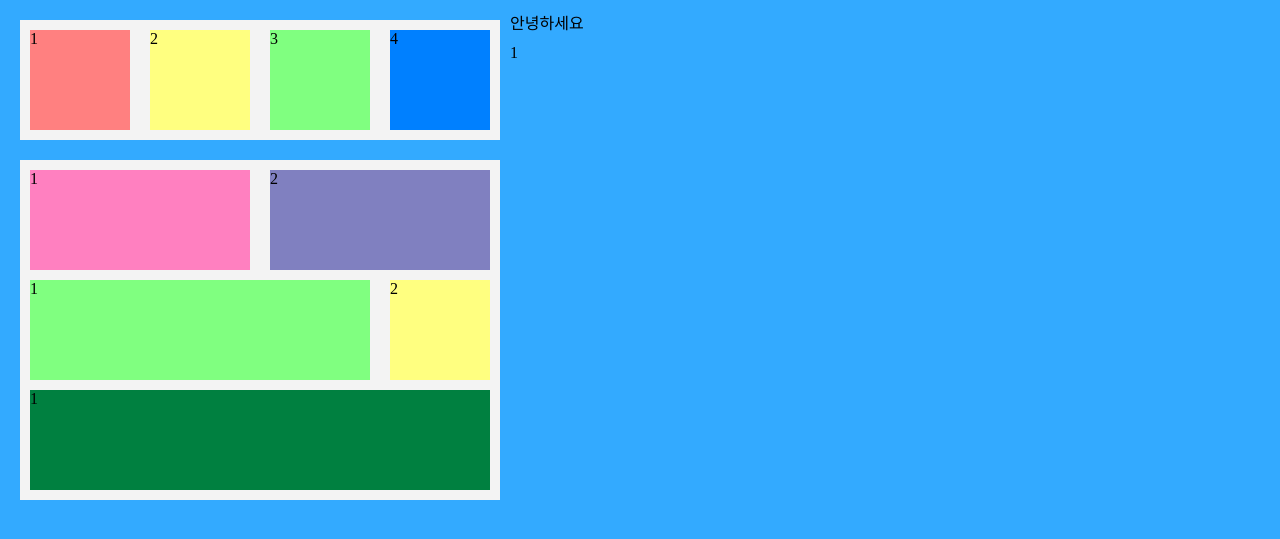
Repository: BaekJiGyeong/JSP_web
Page: http://localhost/Article/
These files come from the project's save history. The page is drawn as it stood at one moment and after the next save; the edit follows.
The browser window is 1280 px wide. The pictures show the whole page.
The page is served by Tomcat 9. Other server files are loaded and not shown.

Above is the page before, as saved 2016-03-03 08:57:40.

### Article/WebContent/index.jsp
<%@ page language="java" contentType="text/html; charset=UTF-8"
    pageEncoding="UTF-8"%>

<jsp:include page="./WEB-INF/view/common/project1.jsp"></jsp:include>

### Article/WebContent/WEB-INF/view/common/project1.jsp
<%@ page language="java" contentType="text/html; charset=UTF-8"
    pageEncoding="UTF-8"%>
<!DOCTYPE html>
<html>
<head>
<meta http-equiv="Content-Type" content="text/html; charset=UTF-8">
<link rel="stylesheet" type="text/css" href="/resource/css/project1.css"/>
<title>Insert title here</title>
</head>
<body>
안녕하세요
	<div id="row1">

			<div id="row1col1">
			1
			</div>
			<div id="row1col2">
			2
			</div>
			<div id="row1col3">
			3
			</div>
			<div id="row1col4">
			4
			</div>
	</div>

	<div id="row2">

			<div id="row2col1">
			1
			</div>
			<div id="row2col2">
			2
			</div>

	</div>

	<div id="row3">

			<div id="row3col1">
			1
			</div>
			<div id="row3col2">
			2
			</div>

	</div>

	<div id="row4">
			<div id="row4col1">
			1
			</div>
	</div>



<div id="col1">
		<div id="col1row1">
		1
		</div>
</div>




</body>
</html>

### Article/WebContent/resource/css/project1.css
@CHARSET "UTF-8";

body {
	background-color: #33AAFF;
	margin: 10px;
}
div {
	margin: 10px;
}
div#wrapper {
	background-color: #ffffff;
	float: left;
}
div#row1 {
	background-color: #f3f3f3;
	float: left;
}

div#row1col1 {
	background-color: #ff8080;
	width: 100px;
	height: 100px;
	float: left;
}
div#row1col2 {
	background-color: #ffff80;
	width: 100px;
	height: 100px;
	float: left;
}
div#row1col3 {
	background-color: #80ff80;
	width: 100px;
	height: 100px;
	float: left;
}
div#row1col4 {
	background-color: #0080ff;
	width: 100px;
	height: 100px;
	float: left;
}

div#row2 {
	 top: 150px;
	 background-color: #f3f3f3;
	 position: absolute;
}
div#row2col1 {
	background-color: #ff80c0;
	width: 220px;
	height: 100px;
	float: left;
}
div#row2col2 {
	background-color: #8080c0;
	width: 220px;
	height: 100px;
	float: left;
}

div#row3 {
	 top: 260px;
	 background-color: #f3f3f3;
	 position: absolute;
}
div#row3col1 {
	background-color: #80ff80;
	width: 340px;
	height: 100px;
	float: left;
}
div#row3col2 {
	background-color: #ffff80;
	width: 100px;
	height: 100px;
	float: left;
}

div#row4 {
	 top: 370px;
	 background-color: #f3f3f3;
	 position: absolute;
}
div#row4col1 {
	background-color: #008040;
	width: 460px;
	height: 100px;
	float: left;
}

After the next save:
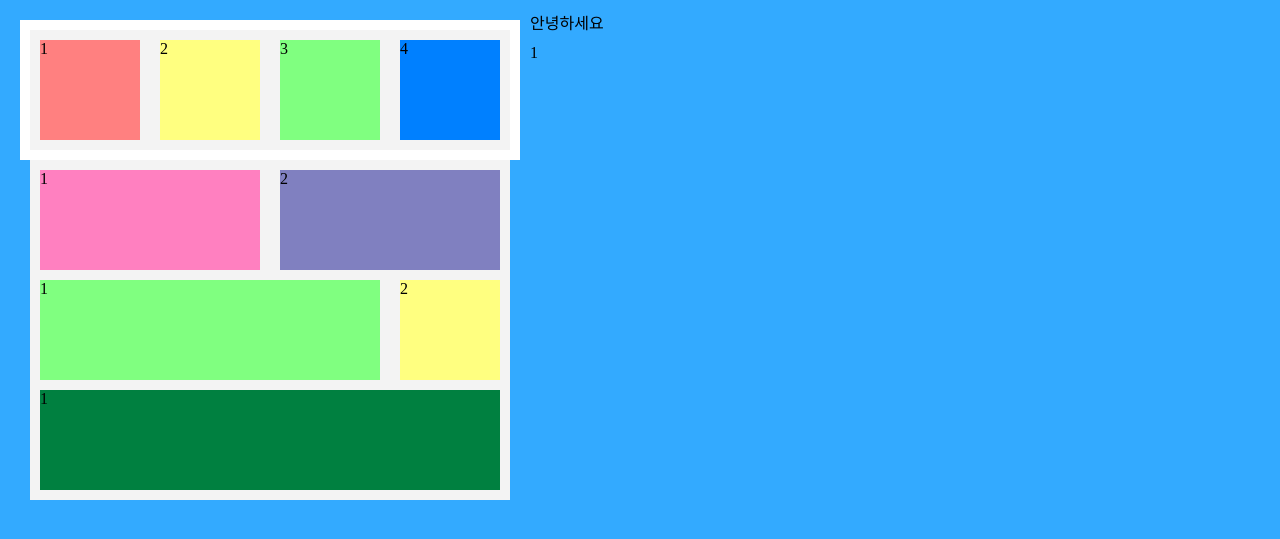
Saved 35 s later.
--- a/Article/WebContent/WEB-INF/view/common/project1.jsp
+++ b/Article/WebContent/WEB-INF/view/common/project1.jsp
@@ -9,6 +9,7 @@
 </head>
 <body>
 안녕하세요
+<div id= "wrapper">
 	<div id="row1">
 
 			<div id="row1col1">
@@ -52,7 +53,7 @@
 			1
 			</div>
 	</div>
-
+</div>
 
 
 <div id="col1">
